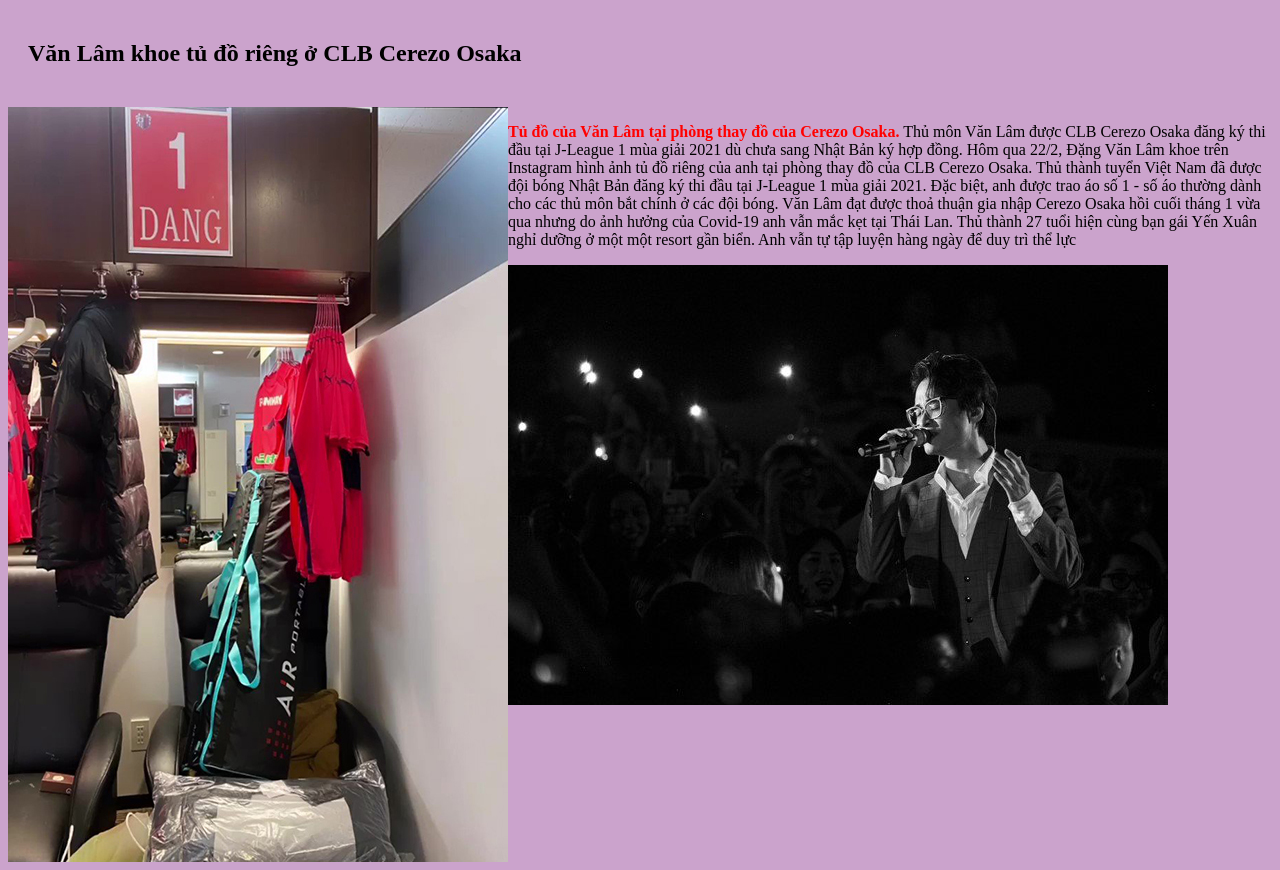
Repository: Tan-Khang21/TH_TKW--Buoi_03
Page: BT_tren_lop/Bai_2/content_left.html
The author's editor kept a copy of each file at every save. The page is drawn from the files as they stood at one save, then again after the next save.
The browser window is 1280 px wide. The pictures show the whole page.

Above is the page before, as saved 2024-02-27 22:02:54.

### BT_tren_lop/Bai_2/content_left.html
<!DOCTYPE html>
<html lang="en">
  <head>
    <meta charset="UTF-8" />
    <meta name="viewport" content="width=device-width, initial-scale=1.0" />
    <title>Document</title>
  </head>
  <body style="background-color: #cba3cc">
    <h2 style="padding: 20px">Văn Lâm khoe tủ đồ riêng ở CLB Cerezo Osaka</h2>
    <div style="display: flex">
      <img src="/BT_tren_lop/Bai_2/images/hinh1.jpg" alt="" />
      <div>
        <p>
          <b style="color: red;">Tủ đồ của Văn Lâm tại phòng thay đồ của Cerezo Osaka.</b> Thủ môn
          Văn Lâm được CLB Cerezo Osaka đăng ký thi đầu tại J-League 1 mùa giải
          2021 dù chưa sang Nhật Bản ký hợp đồng. Hôm qua 22/2, Đặng Văn Lâm
          khoe trên Instagram hình ảnh tủ đồ riêng của anh tại phòng thay đồ của
          CLB Cerezo Osaka. Thủ thành tuyển Việt Nam đã được đội bóng Nhật Bản
          đăng ký thi đầu tại J-League 1 mùa giải 2021. Đặc biệt, anh được trao
          áo số 1 - số áo thường dành cho các thủ môn bắt chính ở các đội bóng.
          Văn Lâm đạt được thoả thuận gia nhập Cerezo Osaka hồi cuối tháng 1 vừa
          qua nhưng do ảnh hưởng của Covid-19 anh vẫn mắc kẹt tại Thái Lan. Thủ
          thành 27 tuổi hiện cùng bạn gái Yến Xuân nghỉ dưỡng ở một một resort
          gần biển. Anh vẫn tự tập luyện hàng ngày để duy trì thể lực
        </p>
        <img src="/BT_tren_lop/Bai_2/images/hinh2.jpg" alt="" />
      </div>
    </div>
  </body>
</html>

After the next save:
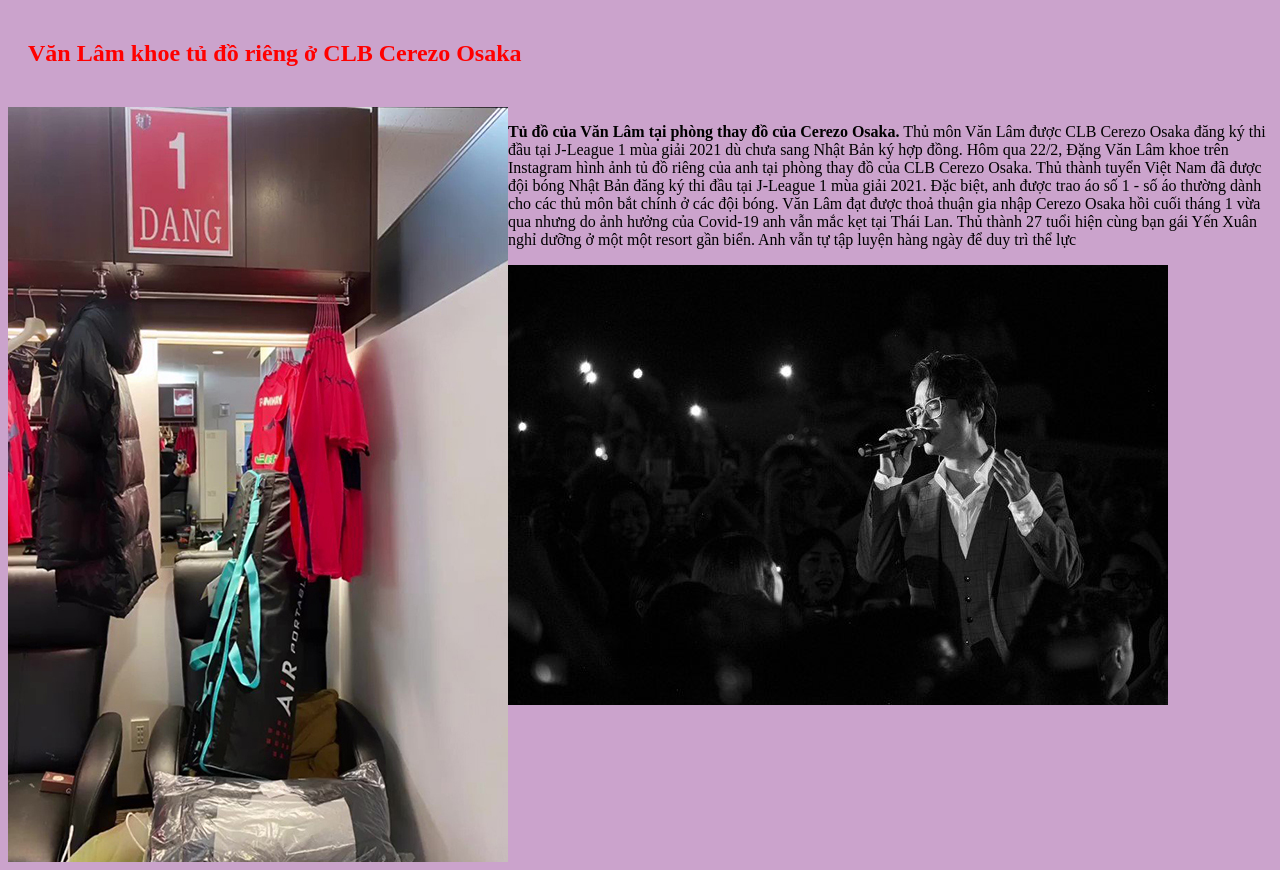
Saved 22 s later.
--- a/BT_tren_lop/Bai_2/content_left.html
+++ b/BT_tren_lop/Bai_2/content_left.html
@@ -6,12 +6,12 @@
     <title>Document</title>
   </head>
   <body style="background-color: #cba3cc">
-    <h2 style="padding: 20px">Văn Lâm khoe tủ đồ riêng ở CLB Cerezo Osaka</h2>
+    <h2 style="padding: 20px; color:red;">Văn Lâm khoe tủ đồ riêng ở CLB Cerezo Osaka</h2>
     <div style="display: flex">
       <img src="/BT_tren_lop/Bai_2/images/hinh1.jpg" alt="" />
       <div>
         <p>
-          <b style="color: red;">Tủ đồ của Văn Lâm tại phòng thay đồ của Cerezo Osaka.</b> Thủ môn
+          <b>Tủ đồ của Văn Lâm tại phòng thay đồ của Cerezo Osaka.</b> Thủ môn
           Văn Lâm được CLB Cerezo Osaka đăng ký thi đầu tại J-League 1 mùa giải
           2021 dù chưa sang Nhật Bản ký hợp đồng. Hôm qua 22/2, Đặng Văn Lâm
           khoe trên Instagram hình ảnh tủ đồ riêng của anh tại phòng thay đồ của
